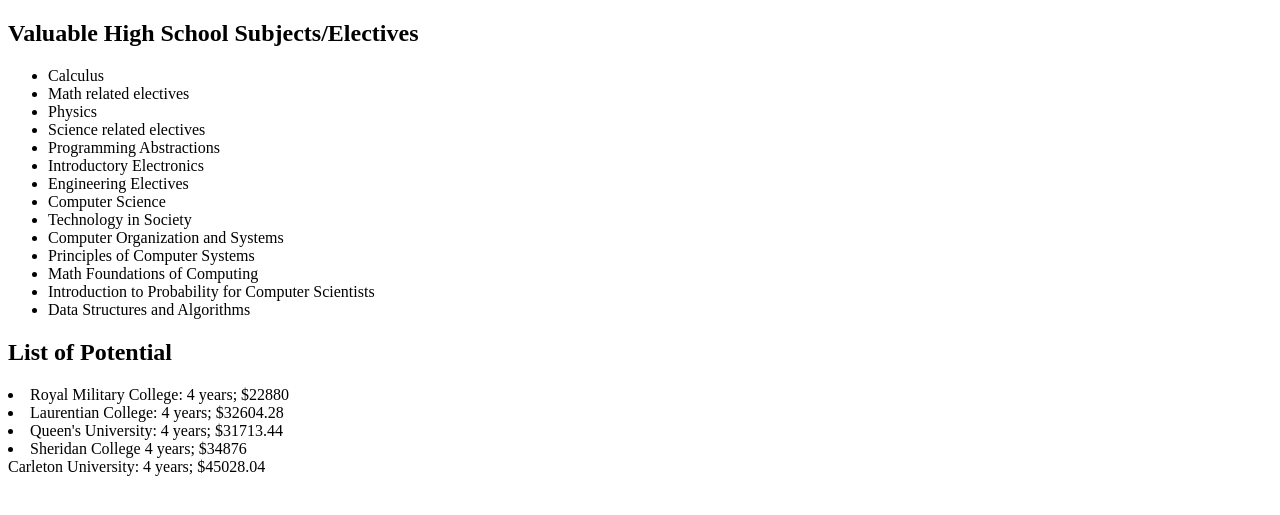
Repository: soerik/1soerik.github.io
Page: index.html
The author's editor kept a record of every edit. The page is drawn from the files as they stood at one moment, then again after the next edit.
The browser window is 1280 px wide. The pictures show the whole page.

Above is the page before.

### index.html
<!DOCTYPE html>
<html>
<head>
    <title>Software Developer</title>
</head>

<body>
<h2>Valuable High School Subjects/Electives</h2>
<ul>
    <li>Calculus</li>
    <li>Math related electives</li>
    <li>Physics</li>
    <li>Science related electives</li>
    <li>Programming Abstractions</li>
    <li>Introductory Electronics</li>
    <li>Engineering Electives</li>
    <li>Computer Science</li>
    <li>Technology in Society</li>
    <li>Computer Organization and Systems</li>
    <li>Principles of Computer Systems</li>
    <li>Math Foundations of Computing</li>
    <li>Introduction to Probability for Computer Scientists</li>
    <li>Data Structures and Algorithms</li>
 </ul>

<h2>List of Potential </h2>
<li>Royal Military College:
4 years; $22880</li>
<li>Laurentian College:
4 years; $32604.28</li>
<li>Queen's University:
4 years; $31713.44</li>
<li>Sheridan College
4 years; $34876</li>
Carleton University:
4 years; $45028.04</li>



</body>
</html>

After the next edit:
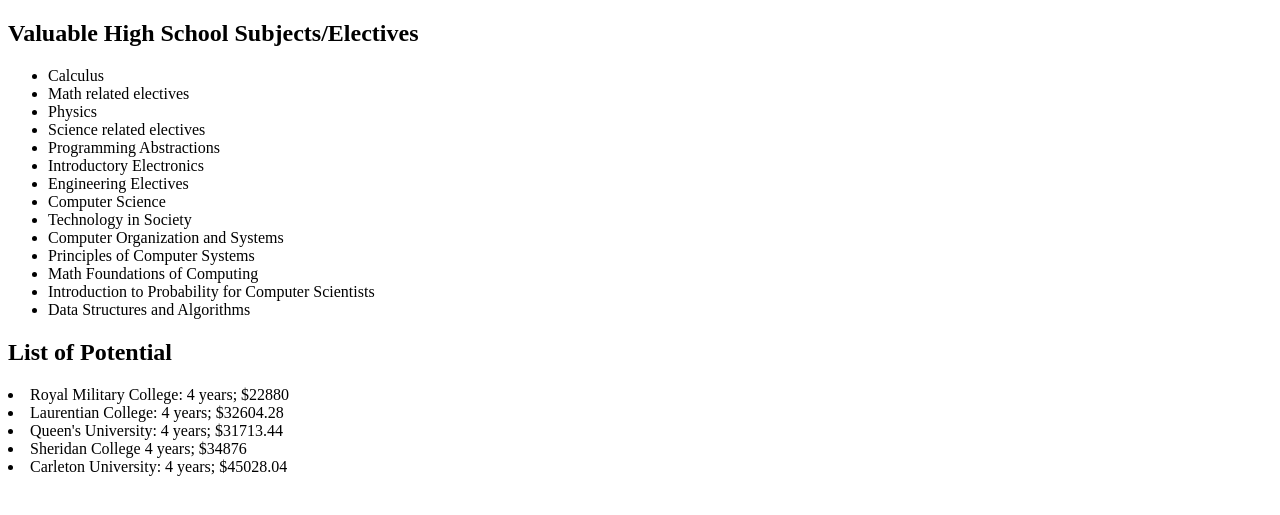
The edit:
--- a/index.html
+++ b/index.html
@@ -32,7 +32,7 @@
 4 years; $31713.44</li>
 <li>Sheridan College
 4 years; $34876</li>
-Carleton University:
+<li>Carleton University:
 4 years; $45028.04</li>
 
 
